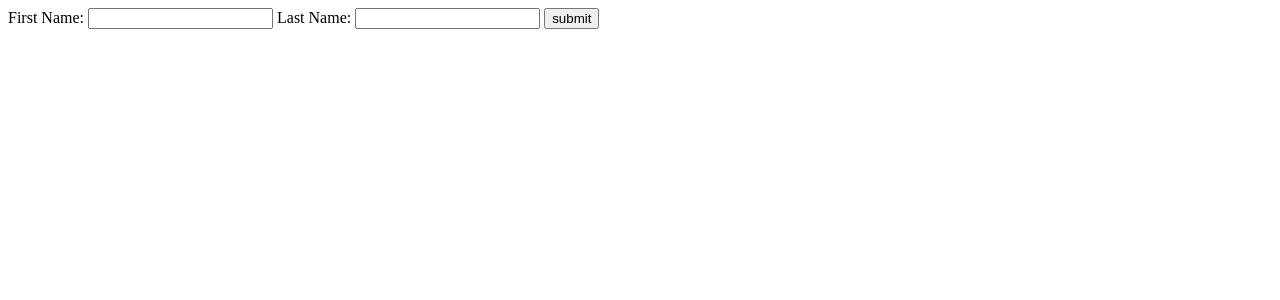
Repository: bpaudel2/jsp-and-servlets-demo
Page: jspdemo/WebContent/student-dropdown-form.html
The author's editor kept a copy of each file at every save. The page is drawn from the files as they stood at one save, then again after the next save.
The browser window is 1280 px wide. The pictures show the whole page.

Above is the page before, as saved 2019-05-25 02:00:40.

### jspdemo/WebContent/student-dropdown-form.html
<html>
<head>
<title>Student Registration Form</title>
</head>
<body>

<form action="student-response.jsp">
	First Name: <input type="text" name="firstName" />
	Last Name: <input type="text" name="lastName" />
	<input type="submit" value="submit" />
</form>


</body>

</html>

After the next save:
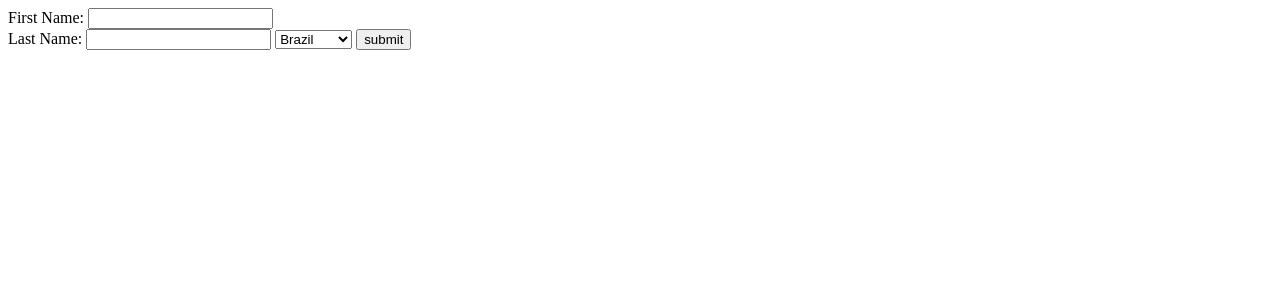
Saved 86 min 46 s later.
--- a/jspdemo/WebContent/student-dropdown-form.html
+++ b/jspdemo/WebContent/student-dropdown-form.html
@@ -4,9 +4,16 @@
 </head>
 <body>
 
-<form action="student-response.jsp">
+<form action="student-dropdown-response.jsp">
 	First Name: <input type="text" name="firstName" />
+	<br/>
 	Last Name: <input type="text" name="lastName" />
+	<select name="country">
+		<option>Brazil</option>
+		<option>Germany</option>
+		<option>Nepal</option>
+		<option>USA</option>
+	</select>
 	<input type="submit" value="submit" />
 </form>
 
